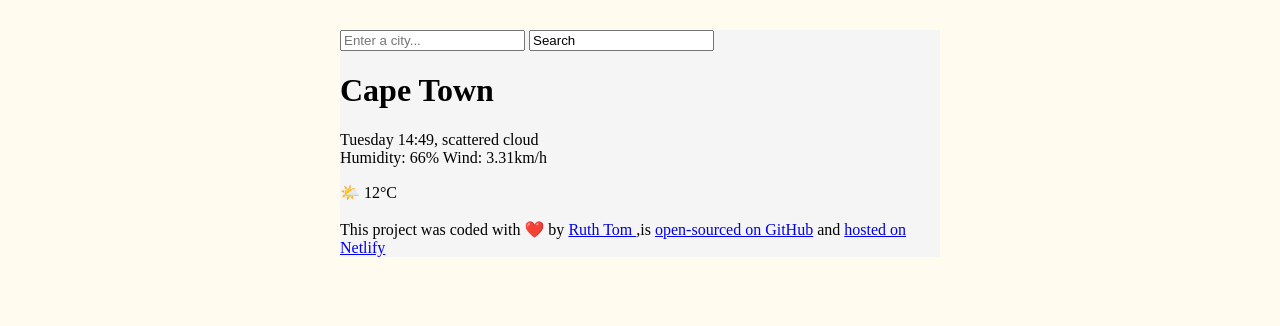
Repository: RuthTom711/Weatherly-App
Page: index.html
The author's editor kept a copy of each file at every save. The page is drawn from the files as they stood at one save, then again after a run of saves.
The browser window is 1280 px wide. The pictures show the whole page.

Above is the page before, as saved 2025-11-10 21:02:06.

After the next 2 saves:
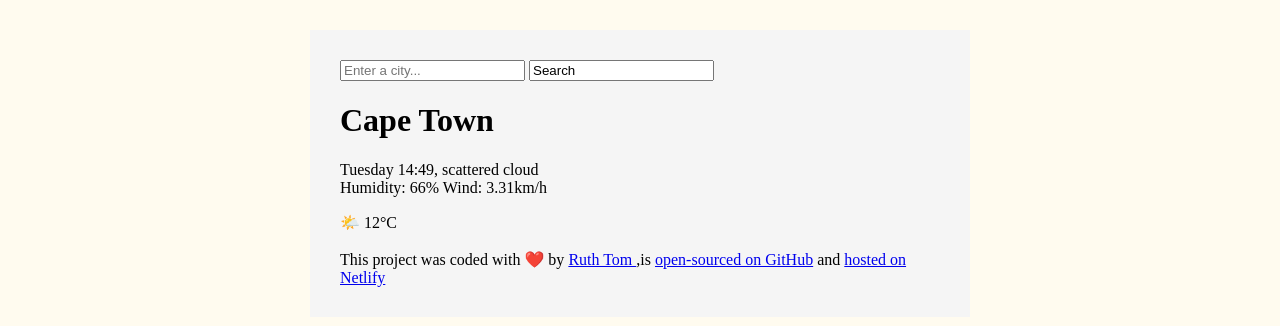
The 2 saves are shown as one change because they came seconds apart.
The last was saved 6 s later.
--- a/src/styles.css
+++ b/src/styles.css
@@ -6,6 +6,6 @@ body {
     background: whitesmoke;
     max-width: 600px;
     margin: 30px auto;
-    padding: ;
+    padding: 30px;
 
 }
